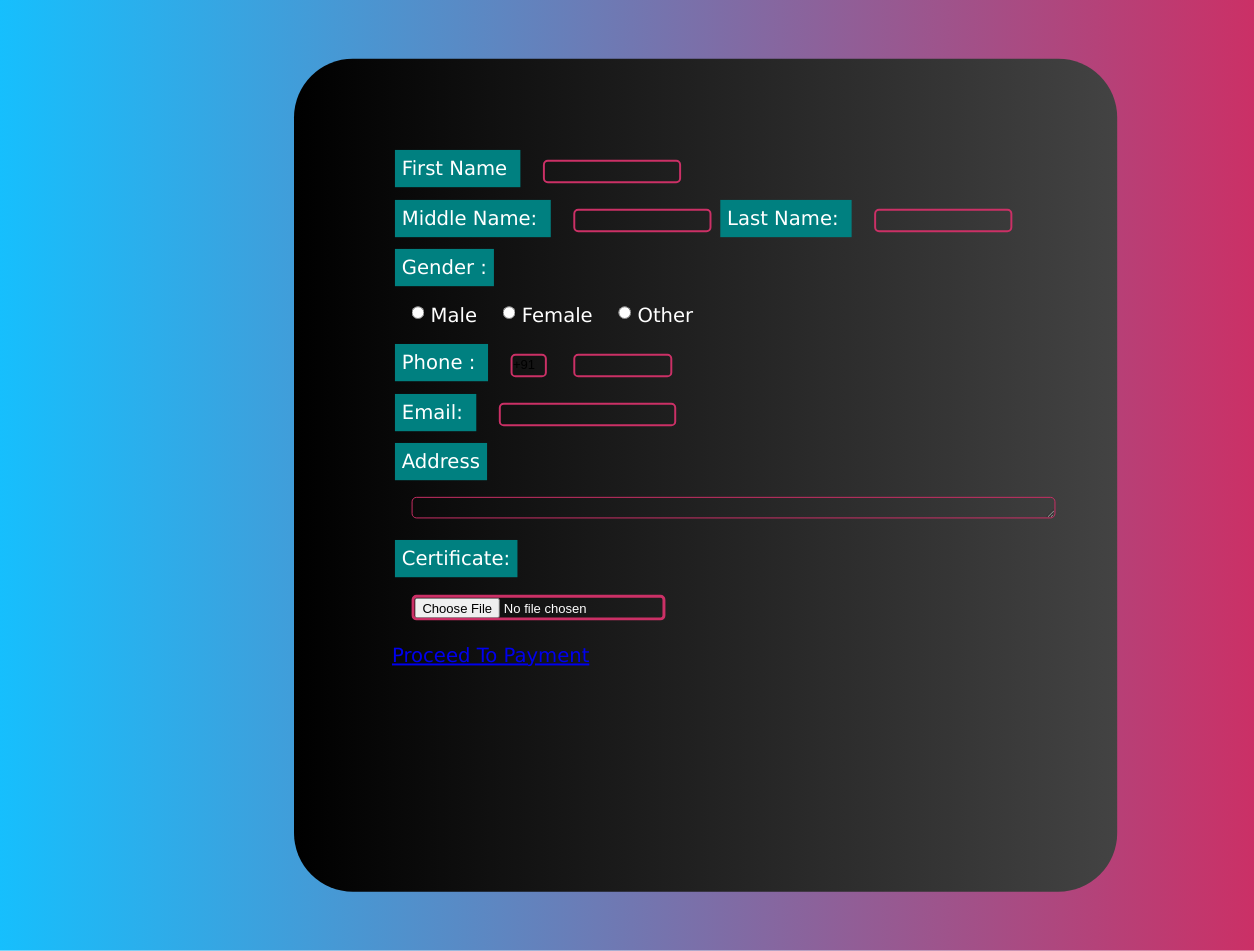
Repository: sarthakkathpalia/elliptical
Page: html/form.html
The author's editor kept a copy of each file at every save. The page is drawn from the files as they stood at one save, then again after the next save.
The browser window is 1280 px wide. The pictures show the whole page, at 98% of full size.

Above is the page before, as saved 2021-10-30 17:45:13.

After the next save:
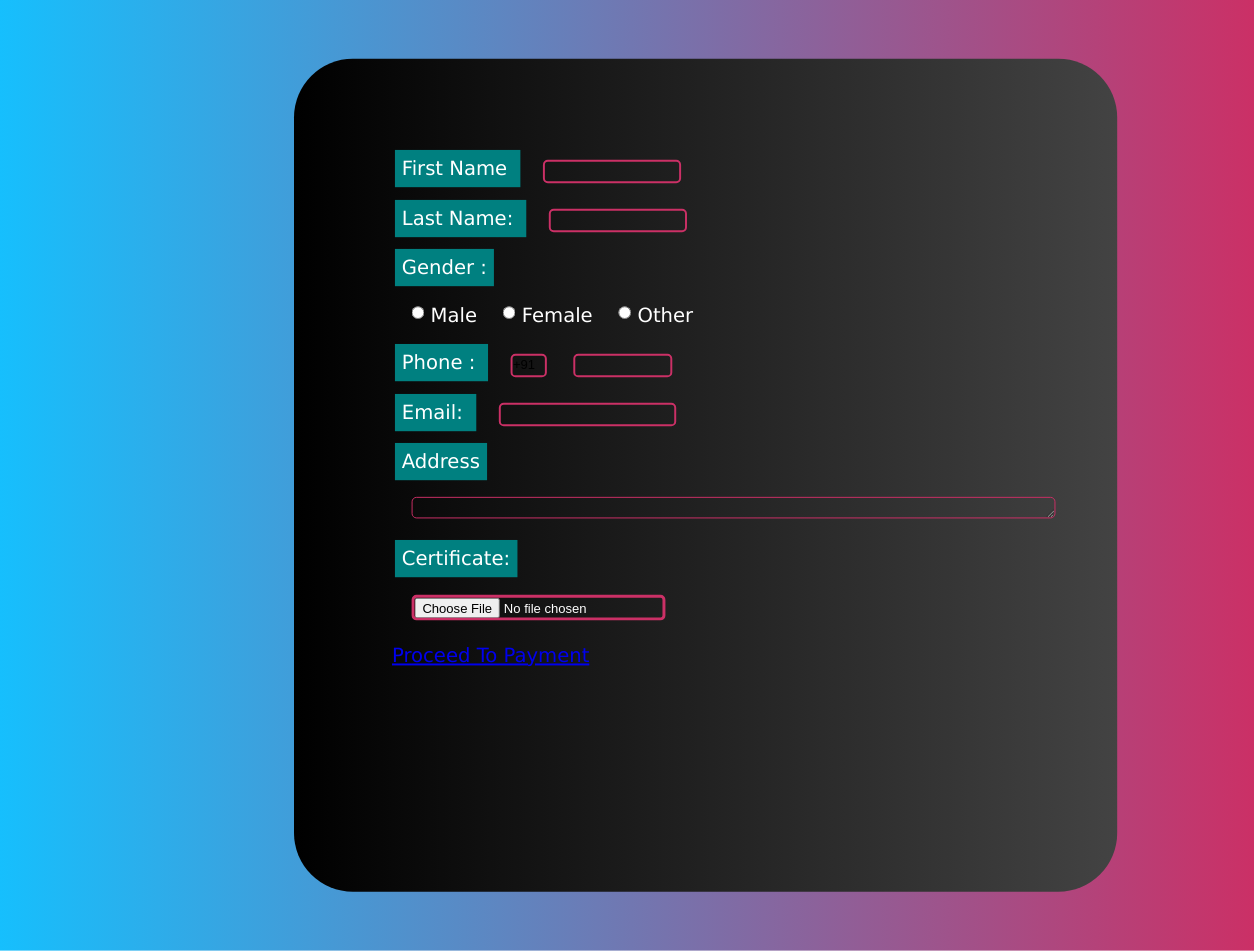
Saved 14 s later.
--- a/html/form.html
+++ b/html/form.html
@@ -50,8 +50,6 @@
       <div class="box">
         <label> First Name </label>
         <input type="text" name="firstname" size="15"/> <br> <br>
-        <label> Middle Name: </label>
-        <input type="text" name="middlename" size="15"/>
         <label> Last Name: </label>
         <input type="text" name="lastname" size="15"/> <br> <br>
 
